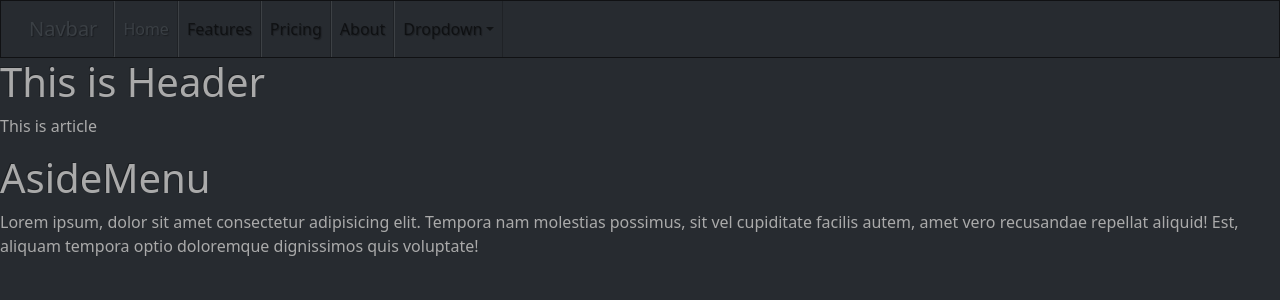
Repository: chanwarichawki/React-BC
Page: /
An editor plug-in stored every save of this project. The page is shown before and after a run of saves, followed by the edit.
The browser window is 1280 px wide. The pictures show the whole page.
Some web libraries are served in a nearby version. The project was rebuilt for these pictures with package versions that can differ from the ones it lists, and the page was loaded fresh each time. Also part of the build but not shown: vite.config.js.

Above is the page before, as saved 2024-01-14 20:02:06.

### src/App.jsx
import Article from "./components/Article";
import Header from "./components/Header";
import NavBar from "./components/NavBar";

function App() {
  return (
    <>
    <NavBar />
    <Header />
    <Article />
    </>
  )
}

export default App

### src/index.css
@import "/node_modules/bootswatch/dist/slate/bootstrap.min.css"

### src/components/Article.jsx
import AsideMenu from "./AsideMenu"

const Article = () => {
  return (
      <>
      <div>
      <p>This is article</p>
      </div>
      <AsideMenu />
      </>
  )
}

export default Article

### src/components/Header.jsx

function Header() {
  return (
    <div><h1>This is Header</h1></div>
  )
}

export default Header

### src/components/NavBar.jsx

function NavBar() {
  return (
    <nav className="navbar navbar-expand-lg bg-dark" data-bs-theme="dark">
  <div className="container-fluid">
    <a className="navbar-brand" href="#">Navbar</a>
    <button className="navbar-toggler" type="button" data-bs-toggle="collapse" data-bs-target="#navbarColor02" aria-controls="navbarColor02" aria-expanded="false" aria-label="Toggle navigation">
      <span className="navbar-toggler-icon"></span>
    </button>
    <div className="collapse navbar-collapse" id="navbarColor02">
      <ul className="navbar-nav me-auto">
        <li className="nav-item">
          <a className="nav-link active" href="#">Home
            <span className="visually-hidden">(current)</span>
          </a>
        </li>
        <li className="nav-item">
          <a className="nav-link" href="#">Features</a>
        </li>
        <li className="nav-item">
          <a className="nav-link" href="#">Pricing</a>
        </li>
        <li className="nav-item">
          <a className="nav-link" href="#">About</a>
        </li>
        <li className="nav-item dropdown">
          <a className="nav-link dropdown-toggle" data-bs-toggle="dropdown" href="#" role="button" aria-haspopup="true" aria-expanded="false">Dropdown</a>
          <div className="dropdown-menu">
            <a className="dropdown-item" href="#">Action</a>
            <a className="dropdown-item" href="#">Another action</a>
            <a className="dropdown-item" href="#">Something else here</a>
            <div className="dropdown-divider"></div>
            <a className="dropdown-item" href="#">Separated link</a>
          </div>
        </li>
      </ul>
    </div>
  </div>
</nav>
  )
}

export default NavBar

### src/components/AsideMenu.jsx


function AsideMenu() {
  return (
    <>
    <h1>AsideMenu</h1>
    <p>Lorem ipsum, dolor sit amet consectetur adipisicing elit. Tempora nam molestias possimus, sit vel cupiditate facilis autem, amet vero recusandae repellat aliquid! Est, aliquam tempora optio doloremque dignissimos quis voluptate!</p>
    </>
  )
}

export default AsideMenu

Loaded but not shown: index.html (common file); src/main.jsx (common file)

After the next 2 saves:
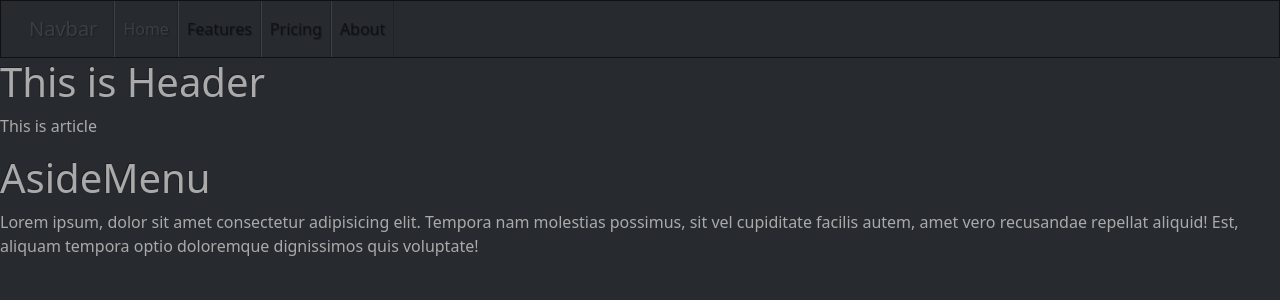
The 2 saves are shown as one change because they came seconds apart.
The last was saved 27 s later.
--- a/src/components/NavBar.jsx
+++ b/src/components/NavBar.jsx
@@ -23,16 +23,6 @@
         <li className="nav-item">
           <a className="nav-link" href="#">About</a>
         </li>
-        <li className="nav-item dropdown">
-          <a className="nav-link dropdown-toggle" data-bs-toggle="dropdown" href="#" role="button" aria-haspopup="true" aria-expanded="false">Dropdown</a>
-          <div className="dropdown-menu">
-            <a className="dropdown-item" href="#">Action</a>
-            <a className="dropdown-item" href="#">Another action</a>
-            <a className="dropdown-item" href="#">Something else here</a>
-            <div className="dropdown-divider"></div>
-            <a className="dropdown-item" href="#">Separated link</a>
-          </div>
-        </li>
       </ul>
     </div>
   </div>
